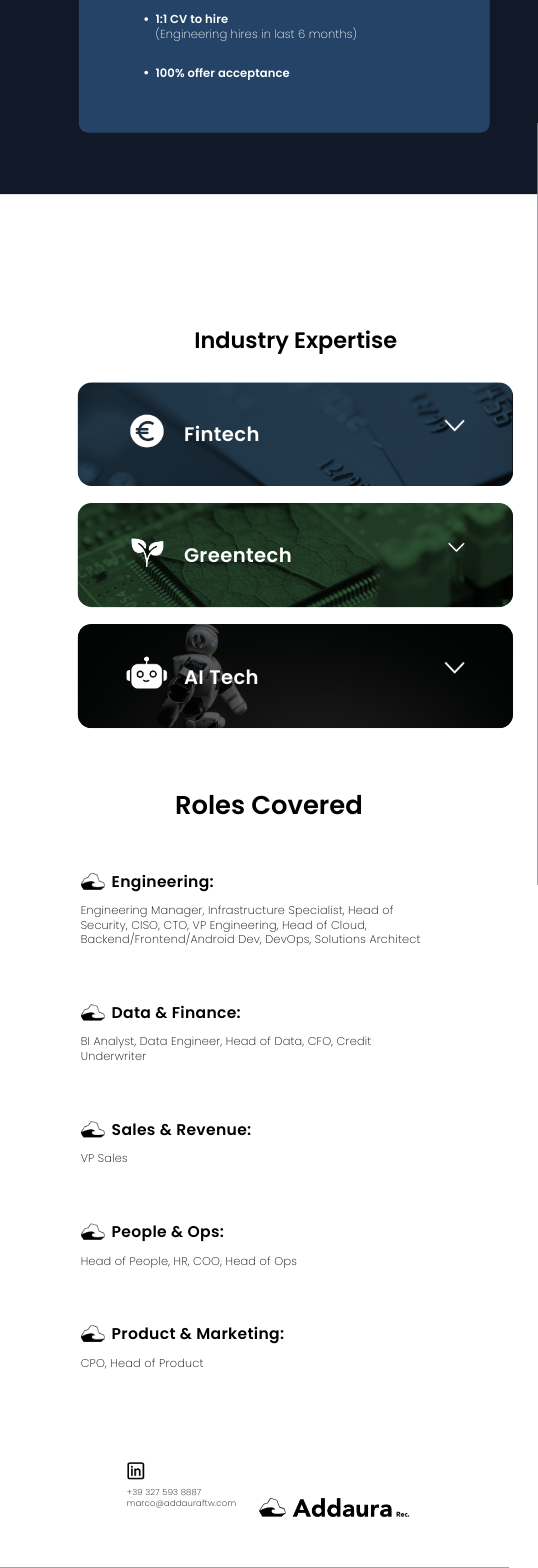
Repository: UnatPannu/Addaura-Trial
Page: public/services.html
An editor plug-in stored every save of this project. The page is shown before and after the next save, followed by the edit.
The browser window is 768 px wide. The pictures show the part of the page from y = 2728 to 4968 px (the page is 4968 px tall before and 4954 px after), at 70% of full size.
Backgrounds fixed to the window are drawn as part of the page.

Above is the page before, as saved 2025-09-22 19:09:25.

### public/services.html
<!DOCTYPE HTML>
<html>
    <head>
        <meta charset="UTF-8">
        <meta name="viewport" content="width=device-width, initial-scale=1.0">
        <link rel="preconnect" href="https://fonts.googleapis.com">
        <link rel="preconnect" href="https://fonts.gstatic.com" crossorigin>
        <link href="https://fonts.googleapis.com/css2?family=Montserrat:ital,wght@0,100..900;1,100..900&family=Poppins:ital,wght@0,100;0,200;0,300;0,400;0,500;0,600;0,700;0,800;0,900;1,100;1,200;1,300;1,400;1,500;1,600;1,700;1,800;1,900&display=swap" rel="stylesheet">
        <link rel="stylesheet" href="styles/styles.css">
        <link rel="stylesheet" href="styles/services.css">
        <title>Services - Addaura Rec</title>
        <link rel="icon" href="assets/Addaura-logo/rock.svg" media="(prefers-color-scheme: light)">
        <link rel="icon" href="assets/Addaura-logo/rock-dark.svg" media="(prefers-color-scheme: dark)">
    </head>
    <body class="services">
        <div class="top-section">
        <video src="https://si01k0cerpnzbf0t.public.blob.vercel-storage.com/Services/Services%20main%20video-GUBJT1TBDxPLIDiQvPfGhMswS9hNPV.mp4" autoplay muted loop></video>
        <header>
        <nav class="navbar" role="navigation" aria-label="Main navigation">
            <a href="index.html" class="mobile-logo">
                <img src="assets/Addaura-logo/logo.svg" alt="Addaura Logo" />
            </a>
                <button class="nav-toggle" aria-label="Toggle menu">
                    <span class="menu-icon"><img src="assets/Icons/nav-toggle.png"/></span>
                    <span class="close-icon"><img src="assets/Icons/nav-cross-white.png"/></span>
                </button>
            <div class="nav-menu">
                <ul class="nav-links">
                    <li><a href="index.html"><img src="assets/Addaura-logo/logo.svg" alt="Addaura Logo" id="nav-logo"/></a></li>
                    <li><a href="about-me.html">About Me</a></li>
                    <li id="active"><a href="services.html">Services</a></li>
                    <li><a href="clients.html">Clients</a></li>
                    <li><a href="contact.html">Contact</a></li>
                    <li><a href="#">Blog</a></li>
                    <li><a href="send-cv.html" id="cv-button">Send CV</a></li>
                </ul>
            </div>
        </nav>
        </header>
        <div class="hero-wrapper">
        <div class="hero-section center">
            <h1>Connecting Teams & Talent</h1>
            <h5>Purposeful hiring in Fintech, Greentech, and AI for <br/> the right roles and the right hires.</h5>
            <div class="cta">
                <a href="#get-in-touch"><button id="cta-btn">Get in touch</button></a>
            </div>
        </div>
        </div>
        </div>
        <div class="marquee-section">
            <div class="marquee">
                <ul class="marquee-content">
                <li>HUMAN CENTERED.</li>
                <li>AUTHENTIC.</li>
                <li>RADICALLY DIFFERENT.</li>
                </ul>
            </div>
        </div>
       <div class="for-teams-and-talent">
        <div class="left-panel">
            <div class="label" id="teams-label"><h6>For <br/>Teams</h6></div>
            <div class="label" id="talent-label"><h6>For <br/>Talent</h6></div>
        </div>
        <div class="right-panel">
            <div class="right-track">
            <div class="right-sticky">
            <div class="content-section" id="teams-content">
                <h3 class="mobile-heading">For Teams</h3>
                    <h5>Modern hiring, done with precision.</h5>
                    <p id="intro-p">I help you build teams <b>across Europe</b>, with strong networks in Scandinavia, Germany, & the Netherlands. Addaura’s hiring approach is always aligned to your <b>culture</b>, <b>structure</b>, & <b>goals</b>.</p>
                    <a href="contact.html" class="mobile-link"><p>Get in touch</p></a>
                    <div class="sections-container">
                        <div class="section">
                            <h5>Volume Hiring<div class="mobile-drop-arrow"><img src="assets/Icons/down-arrow.png"/></div></h5>
                            <p class="mobile-subheading">For fast-scaling teams or multi-role hiring.</p>
                            <div class="mobile-dropdown">
                            <p>Best for fast-scaling teams or multi-role hiring.
                                <ul>
                                    <li>End-to-end recruitment for 3+ roles</li>
                                    <li>Deep alignment with hiring managers</li>
                                    <li>Full-cycle support: sourcing → onboarding</li>
                                    <li>Post-placement check-ins to ensure retention</li>
                                </ul>
                            </p>
                            </div>
                        </div>
                        <div class="section">
                            <h5>Talent Sourcing<div class="mobile-drop-arrow"><img src="assets/Icons/down-arrow.png"/></div></h5>
                            <p class="mobile-subheading">I help you find the right people.</p>
                            <div class="mobile-dropdown">
                            <p>You run the process — I help you find the right people.
                                <ul>
                                    <li>Relevant, pre-screened candidates delivered to your inbox</li>
                                    <li>You handle the process on your terms</li>
                                    <li>Lean and cost-efficient — no fluff</li>
                                </ul>
                            </p>
                            </div>
                        </div>
                            <div class="section">
                            <h5>Spot Hiring<div class="mobile-drop-arrow"><img src="assets/Icons/down-arrow.png"/></div></h5>
                            <p class="mobile-subheading">For urgent, high-impact, or niche roles.</p>
                            <div class="mobile-dropdown">
                            <p>For urgent, high-impact, or niche roles.
                                <ul>
                                    <li>Swift, accurate sourcing</li>
                                    <li>Ideal for confidential or time-sensitive searches</li>
                                    <li>Process handled from sourcing to signed offer</li>
                                </ul>
                            </p>
                            </div>
                        </div>
                    </div>
                </div>
            <div class="talent-content-wrapper">
            <div class="content-section" id="talent-content">
                <h3 class="mobile-heading">For Talent</h3>
                    <h5>Find a role that matches your purpose.</h5>
                    <p id="intro-p">I only work with <b>real companies</b> that have a signed agreement in place. Every opportunity is vetted, and <b>I’m upfront</b> when it’s just a discovery call.</p>
                    <p><a href="send-cv.html" class="mobile-link">Send your CV</p></a>
                    <div class="section-division">
                        <div class="section">
                            <h5>What to expect</h5>
                            <ul>
                                <li>Clear job descriptions and expectations</li>
                                <li>Timely feedback</li>
                                <li>Support on salary, culture, and decision-making</li>
                                <li>Full transparency at every step</li>
                                <li>After-placement follow-ups</li>
                            </ul>
                        </div>
                        <div class="section" id="section-2">
                            <ul>
                                <li><h5><b>1:2 CV to interview</b><br/>(for developers)</h5></li>
                                <li><h5><b>1:1 CV to hire</b><br/>(Engineering hires in last 6 months)</h5></li>
                                <li><h5><b>100% offer acceptance</b></h5></li>
                            </ul>
                        </div>
                    </div>
                </div>
                </div>
                </div>
          </div>
        </div>
        </div>
        <div class="industry-expertise">
                <div class="images-section">
                    <img src="assets/Services/industry.png"/>
                </div>
                <div class="section-content">
                <h3>Industry Expertise</h3>
                <div class="sections-container">
                <div class="industry-section">
                    <div class="mobile-header">
                        <img class="mobile-icon" src="assets/Services/fintech icon.png"/><h4>Fintech</h4><div class="mobile-drop-arrow"><img src="assets/Icons/down-arrow.png"/></div>
                    </div>
                    <h4 class="desktop-header">Fintech</h4>
                    <div class="mobile-dropdown">
                        <p>Open Banking, POS, Embedded Finance, and SaaS platforms. We've built engineering, product, and commercial teams for names like <a href="clients.html"><b>Flatpay</b>, <b>Ratepay</b>, <b>PayComplete</b>, <b>Treyd</b>, <b>Centevo</b></a>, and more.</p>
                    </div>
                </div>
                <div class="industry-section">
                    <div class="mobile-header">
                        <img class="mobile-icon" src="assets/Services/greentech icon.png"/><h4>Greentech</h4><div class="mobile-drop-arrow"><img src="assets/Icons/down-arrow.png"/></div>
                    </div>
                    <h4 class="desktop-header">Greentech</h4>
                    <div class="mobile-dropdown">
                        <p>We partner with companies tackling the climate crisis through technology – with a specialty in BESS, FER and Space tech. Roles built around purpose.</p>
                    </div>
                </div>
                <div class="industry-section">
                    <div class="mobile-header">
                        <img class="mobile-icon" src="assets/Services/AI Tech Icon.png"/><h4>AI Tech</h4><div class="mobile-drop-arrow"><img src="assets/Icons/down-arrow.png"/></div>
                    </div>
                    <h4 class="desktop-header">AI Tech</h4>
                    <div class="mobile-dropdown">
                        <p>All things recruitment for LLM, fine-tuning, Reinforcement Learning, CUDA and general AI native platforms. Talking to the top 10% AI engineers and researchers on the planet with proven track record in ICML, ICLR and NeurIPS publications.</p>
                    </div>
                </div>
                </div>
            </div>
        </div>
                <div class="roles-covered">
                <h2>Roles Covered</h2>
                <div class="roles-container">
                    <div class="role">
                        <div class="role-heading">
                       <img src="assets/Addaura-logo/rock.svg">
                       <h4>Engineering: </h4>
                       </div>
                       <p>Engineering Manager, Infrastructure Specialist, Head of Security, CISO, CTO, VP Engineering, Head of Cloud, Backend/Frontend/Android Dev, DevOps, Solutions Architect</p>
                    </div>
                    <div class="role">
                        <div class="role-heading">
                       <img src="assets/Addaura-logo/rock.svg">
                       <h4>Data & Finance:  </h4>
                       </div>
                       <p>BI Analyst, Data Engineer, Head of Data, CFO, Credit Underwriter</p>
                    </div>
                    <div class="role">
                        <div class="role-heading">
                       <img src="assets/Addaura-logo/rock.svg">
                        <h4>Sales & Revenue: </h4>
                        </div>
                        <p>VP Sales</p>
                    </div>
                    <div class="role">
                        <div class="role-heading">
                       <img src="assets/Addaura-logo/rock.svg">
                       <h4>People & Ops: </h4>
                       </div>
                       <p>Head of People, HR, COO, Head of Ops</p>
                    </div>
                    <div class="role">
                        <div class="role-heading">
                       <img src="assets/Addaura-logo/rock.svg">
                        <h4>Product & Marketing:</h4>
                        </div>
                        <p>CPO, Head of Product</p>
                    </div>
                </div>
            </div>
        <footer>
            <div class="contact-info">
                                <div class="footer-logos">
                    <a href="http://linkedin.com/in/marco-mannino-053960225"><img src="assets/Footer/linkedin-icon.png" alt="Linkedin"/></a>
                </div>
                <p>+39 327 593 8887</p>
                <p>marco@addauraftw.com</p>
            </div>
            <img src="assets/Addaura-logo/logo-black.svg" alt="Addaura"/>
        </footer>
        <script src="scripts/script.js"></script>
        <script src="scripts/services.js"></script>
    </body>
    </html>

### public/styles/services.css
/*Top Section*/
.services .top-section video{
  opacity:0.6;
}
.services .industry-expertise .section-content p{
  width:80%;
}
.services .industry-expertise .section-content a{
  text-decoration:none;
}
.services .hero-section .cta{
  margin-top:5%;
}
/*Industry Expertise*/
.industry-expertise {
  display: flex;
  align-items: center;
  position: relative;
  overflow: hidden;
  height: 100vh; /* parallax section height */
  justify-content: center;
}
.images-section {
  flex: 1;
  height: 100vh;
  background-image: url("your-image.jpg");
  background-size: contain;     /* or cover if you want full fill */
  background-position: left center;
  background-repeat: no-repeat;
  background-attachment: fixed; /* 🔥 parallax feel */
}
.images-section img {
  width: 100%;
  height: 100%;
  object-fit: contain;       /* ✅ show full image */
  object-position: left;     /* ✅ stick to left side */
  display: block;
  transform: translateY(var(--parallax-offset, 0));
  transition: transform 0.1s linear;
}
.industry-expertise .section-content{
    width:60%;
    margin-left:10%;
    z-index:2;
}
.industry-expertise .section-content h3{
  margin-bottom:1.75rem;
}
.industry-expertise .section-content h4{
  margin-bottom:0.5rem;
}
.industry-expertise .section-content p{
  margin-bottom:1.5rem;
  font-weight:300;
}
/*Roles Covered*/
.roles-covered{
  height:100vh;
  width:100vw;
}
.roles-covered h2{
  margin: 12% 15%;
  margin-bottom:3%;
}
.roles-container{
  display: grid;
  grid-template-columns: repeat(2, 1fr); /* 2 equal columns */
  grid-auto-rows: auto;   /* 3 rows that size to content */
  gap: 50px;
  width:80%;
  margin-left:15%;
}
.role{
  margin-bottom:5%;
  width:80%;
  height:auto;
  justify-content: center;
}
.role p{
  margin-top:3%;
  line-height:1.5;
}
.role-heading {
  display: flex;
  flex-direction:row;
}
.role-heading img{
  width:7%;
  margin-right:2%;
  margin-bottom:1%;
}
/*For Teams and Talent*/
.for-teams-and-talent {
  display: flex;
  width: 100vw;
  height: 100vh; /* total scroll space */
  gap:3rem;
}
.for-teams-and-talent h5{
  font-size: clamp(0.95rem, 1vw, 1.12rem);
  letter-spacing:0.2px;
}
.mobile-drop-arrow img{
  display:none;
}
.left-panel {
  position: sticky;
  top: 0;
  height: 100vh; /* stays fixed in view */
  width: 20%;
  display: flex;
  flex-direction: column;
  justify-content: center;
  gap: 45%;
  align-items: flex-start;
  padding-left: 5rem;
  line-height:0.8rem;
}
.right-panel {
  flex: 1;
  display: flex;
  flex-direction: column;
  width: 95%;
  position: relative;
}
.teams-section,
.talent-section {
  height: 100vh; /* each takes one screen */
  padding: 2rem;
  position: relative;
}
.label h6 {
  font-size: clamp(0.7rem, 0.7vw, 0.81rem);
  font-weight: var(--semi-bold);
  transition: transform 0.4s ease, font-weight 0.4s ease;
  opacity: 1;
  transform-origin: left center;
}
.label.active h6 {
  transform: scale(2);
}
.right-panel .sections-container {
  display: flex;
  flex-direction: row;
  gap: 3%;
  width:115%;
  margin-top:5%;
  margin-left:-4%;
}
.right-panel .section {
  width: 35%;
  background-color: #111827;
  border-radius: 40px;
  color: white;
  border: solid 2px #111827;
  padding: 4% 4%;
}
.mobile-heading{
  display:none;
}
.right-panel .section h5 {
  white-space: nowrap;
  margin-bottom: 8%;
}
.right-panel .section ul {
  margin-top: 8%;
  font-weight:var(--light-weight);
}
.right-panel .sections-container ul{
    padding-left:15%;
}
.mobile-link{
  display:none;
}
.content-section {
  position: absolute;
  top: 15%;
  left: 0%;
  width: 80%;
  opacity: 0;
  transform: translateY(30px);
  transition: opacity 0.40s cubic-bezier(.77,0,.18,1),
    transform 0.50s cubic-bezier(.77,0,.18,1);
  min-height: 100vh;
  z-index: 0;
}
.content-section p,
.content-section li {
  font-size: clamp(0.7rem, 0.7vw, 0.81rem);
}
.content-section h5,
.content-section p {
  margin-bottom: 2.5%;
}
.content-section.active {
  opacity: 1;
  transform: translateY(0);
  z-index: 1;
  transition-delay: 0s;
  z-index: 2;
}
.section-division{
  display:flex;
  flex-direction:row;
  gap:2rem;
  margin-left:-2.5%;
}

.section-division .section{
  background-color:white;
  color:black;
  border:none;
  width:40%;
}
.section-division .section h5{
  white-space:normal;
}
.section-division .section li{
  margin-bottom:5%;
}
.section-division #section-2{
  background-color: #111827;
  border:2px solid #111827;
  color:white;
  height:fit-content;
  padding-top:2%;
  margin-top:5%;
  padding-inline:5%;
  padding-left:7%;
}
.section-division #section-2 h5{
  font-weight:var(--light-weight);
  line-height:1.3rem;
}
.mobile-header{
  display:none;
}
.mobile-subheading{
  display:none;
}
/*Mobile and Tablet Styles*/
@media (max-width:1024px){
  body{
    width:100vw;
    overflow-x:hidden;
  }
    .services .hero-wrapper{
        min-height:100vh;
        width:100vw;
    }
    .services .hero-section h1 {
        line-height: 1.1;
        max-width: 75%;
        margin: 0 auto;
        text-align: center;
        white-space: normal;
    }
    .services .hero-section h5{
        margin-top:2%;
        width:65% !important;
    }
    .for-teams-and-talent .right-panel{
        transform:scale(0.75);
        width:100%;
    }
    .for-teams-and-talent .left-panel{
        padding-left:8%;
        width:15%;
    }
    .for-teams-and-talent .content-section{
        width:100%;
    }
    .for-teams-and-talent .sections-container{
        width:115%;
    }
    .for-teams-and-talent .section h4{
        font-size: clamp(18px, 2.2vw, 30px);
        line-height: 1.3;
        letter-spacing: 0.02em;
        font-family: "Poppins", sans-serif;
        font-weight: var(--semi-bold);
    }
}

/*Mobile Only*/
@media(max-width:768px){
    .services .hero-section h1 {
    font-size: clamp(48px, 8vw, 110px);
  }
  .services .hero-section h5{
    width:78%;
  }
  .for-teams-and-talent{
    width:100vw;
    overflow:hidden;
    margin-left:0;
    padding-left:0;
    height: auto;
  }
  .for-teams-and-talent .left-panel{
    display:none;
  }
  .for-teams-and-talent .right-panel{
    margin-left:0 !important;
    padding-left:0 !important;
    width:100vw;
    text-align:center;
    position: static;
    justify-content:center;
    align-items:center;
  }
.for-teams-and-talent .sections-container {
    width: 100% !important;
    padding: 0 !important;
    margin-left:0.5%;
    box-sizing: border-box;
    display: flex !important;
    flex-direction: column !important;
    gap: 10px !important;
    justify-content:center;
    align-items:center;
  }
  .for-teams-and-talent .content-section{
    position: static !important;
        opacity: 1 !important;        /* Make sure all are visible */
    width: 100vw;
    min-height: auto;
    margin-bottom: 2rem;
    z-index: 1;
    transition: none !important;  /* Remove transitions, not needed when stacked */
    display: block;
  }
  .for-teams-and-talent .section{
    height:30%;
    width:100%;
    margin-inline:5%;
    border-radius:20px;
    text-align: left;
    padding:7%;
  }
  .for-teams-and-talent .section p, .for-teams-and-talent .section ul li{
    font-size: clamp(20px, 2.3vw, 32px);
  }
  .section ul li{
    margin-left:-5%;
  }
#talent-content::before {
  content: "";
  position: absolute;
  top: 0; bottom: 0;
  left: -50vw;
  right: 0;
  background-color: #111827;
  z-index: -1; /* behind content */
  width: 200vw;
  margin-left: calc(-50vw + 50%);
}
#teams-content{
  margin-top:-50%;
}
#talent-content{
  color:white;
  padding-block:15%;
  margin-top:20%;

}

  .roles-container{
    display:flex;
    flex-direction:column;
  }
  .roles-covered h2{
    margin-bottom:10%;
    text-align:center;
  }
  .mobile-heading{
    display:block;
    text-align:center;
    margin-bottom:8%;
    font-size:clamp(38px, 4.8vw, 69px);
  }
  .mobile-drop-arrow img{
    display:block;
    width:5%;
    margin-right:5%;
    margin-left:90%;
    margin-top:-5%;
  }
  .mobile-subheading{
    font-size: clamp(20px, 2.3vw, 32px);
    padding-right:20%;
    margin-top:0;
    padding-top:0;
  }
  .mobile-subheading{
    display:block;
  }
  .content-section h5{
    font-size: clamp(22px, 2.5vw, 34px);
    width:100%;
    margin-bottom:6%;
  }
  .content-section #intro-p{
    width:90%;
    margin-inline:auto;
    margin-bottom:10%;
    font-size: clamp(20px, 2.3vw, 32px);
  }
  .images-section{
    display:none;
    transform:0.2s ease;
  }
  .section-division{
    flex-direction: column;
    gap:1rem;
  }
  #talent-content .section{
    background-color:#244366;
    color:white;
    padding-inline:10%;
  }
  #talent-content .section ul{
        padding-left:15%;
  }
.mobile-dropdown {
    max-height: 0;
    overflow: hidden;
    transition: max-height 0.4s cubic-bezier(.77,0,.18,1);
    margin-top:10px;
  }
  .section.expanded .mobile-subheading{
    display:none;
  }
  .section.expanded .mobile-drop-arrow img {
  transform: rotate(180deg);
  transition: transform 0.2s ease;
}
.mobile-link{
  display:block;
    margin-bottom:10%;
}
.mobile-link p{
  font-weight:var(--semi-bold);
  font-size: clamp(20px, 2.3vw, 32px);
}
#talent-content .mobile-link{
  color:white;
  font-weight:var(--semi-bold);
  font-size: clamp(20px, 2.3vw, 32px);
}
.industry-expertise{
  width:100vw;
  margin-left:0;
  height:auto;
  margin-top:-20vh;
}
.industry-expertise .section-content{
  width:100vw;
  align-items:center;
  justify-content: center;
}
.industry-expertise h3{
  white-space:nowrap;
  text-align:center;
}
.industry-expertise .sections-container{
  width:100%;
  align-items:center;
  justify-content: center;
  margin-inline:auto;
  display:flex;
  flex-direction: column;
  gap:1rem;
}
.industry-expertise .industry-section{
  width:90%;
  margin-inline:auto;
  border-radius:20px;
  color:white;
  background-color: #111827;
  padding:5% 10%;
  background-size:cover;
  background-position:center center;
  position: relative;
  overflow: hidden;
  z-index:100;
}
.industry-section::before {
  content: "";
  position: absolute;
  top: 0; left: 0; right: 0; bottom: 0;
  background-color: rgba(0, 0, 0, 0.6); /* black overlay with 40% opacity, adjust alpha as needed */
  pointer-events: none; /* let clicks go through */
  border-radius: inherit; /* match border radius if any */
}
.industry-section > * {
  position: relative;
  z-index: 2; /* bring all direct children above overlay */
}
.industry-section:nth-child(1){
  background-image:url('../assets/Services/industry-1.png');
}
.industry-section:nth-child(2){
  background-image:url('../assets/Services/industry-2.png');
}
.industry-section:nth-child(3){
  background-image:url('../assets/Services/industry-3.png');
}
.industry-expertise .industry-section p{
  width:100% !important;
  font-weight:var(--light-weight);
}
.industry-expertise .industry-section b{
  color:white;
}
.mobile-icon{
  display:block;
  width:12%;
  object-fit: contain;
}
.mobile-header{
  display:flex;
    align-items:center;
}
.mobile-header h4{
  margin-left:5%;
  margin-top:5%;
  white-space:nowrap;
  font-size: clamp(28px, 2.2vw, 36px);
}
.mobile-header .mobile-drop-arrow img{
  display:block;
  width:10%;
  object-fit:contain;
}
.industry-section .desktop-header{
  display:none;
}
}

/*Tablet Only*/
@media (min-width: 769px) and (max-width: 1024px) {
    .services .hero-section h1 {
        font-size: clamp(28px, 4vw, 56px);
    }
}

Loaded but not shown: public/scripts/services.js (121 lines, source omitted); public/scripts/script.js (87 lines, source omitted); public/styles/styles.css (1166 lines, source omitted)

After the next save:
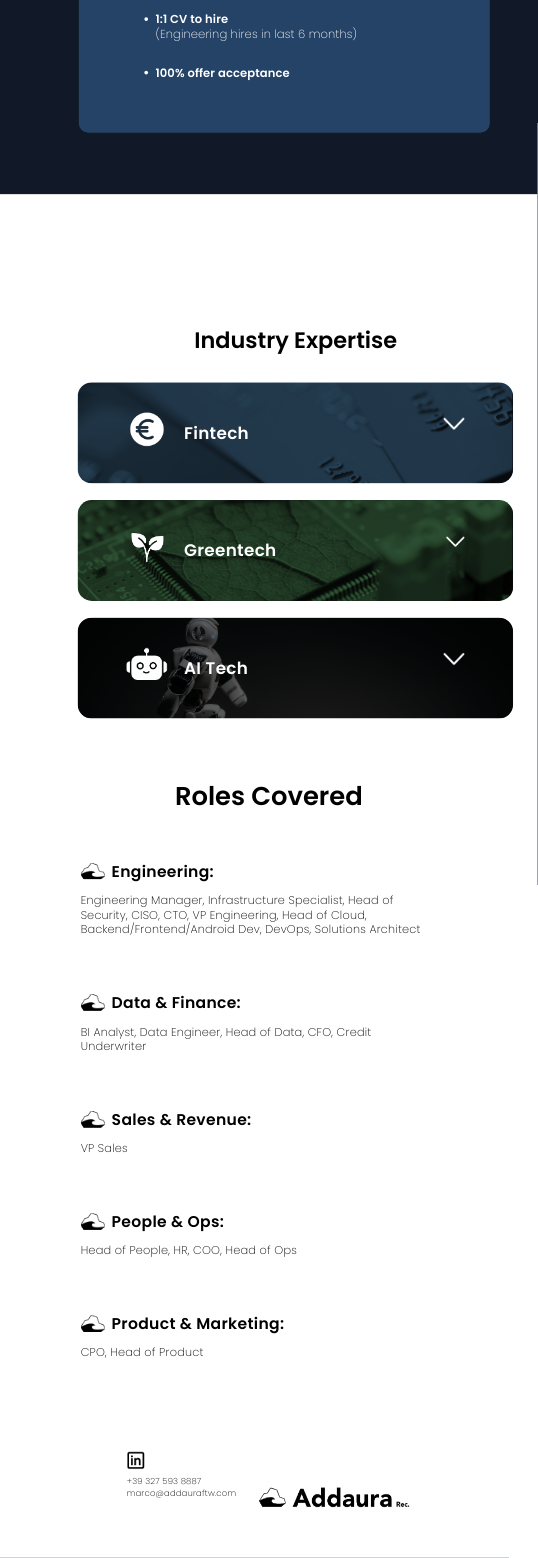
Saved 6 s later.
--- a/public/styles/services.css
+++ b/public/styles/services.css
@@ -526,7 +526,7 @@
   margin-left:5%;
   margin-top:5%;
   white-space:nowrap;
-  font-size: clamp(28px, 2.2vw, 36px);
+  font-size: clamp(24px, 2.2vw, 36px);
 }
 .mobile-header .mobile-drop-arrow img{
   display:block;
